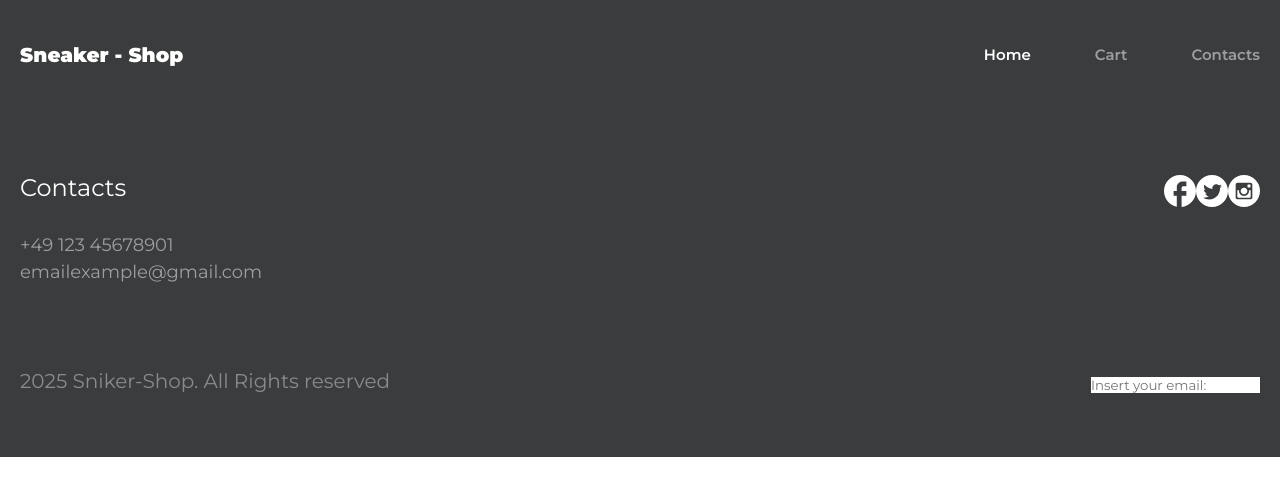
Repository: IstratiiNik/sneaker-shop
Page: /
An editor plug-in stored every save of this project. The page is shown before and after a run of saves, followed by the edit.
The browser window is 1280 px wide. The pictures show the whole page.
The project was rebuilt for these pictures with package versions that can differ from the ones it lists, and the page was loaded fresh each time. Also part of the build but not shown: vite.config.js.

Above is the page before, as saved 2025-07-01 14:26:19.

### index.html
<!DOCTYPE html>
<html lang="en">
  <head>
    <meta charset="UTF-8" />
    <link rel="icon" type="image/svg+xml" href="/vite.svg" />
    <link rel="preconnect" href="https://fonts.googleapis.com" />
    <link rel="preconnect" href="https://fonts.gstatic.com" crossorigin />
    <link
      href="https://fonts.googleapis.com/css2?family=Montserrat:ital,wght@0,100..900;1,100..900&family=Red+Hat+Display:ital,wght@0,300..900;1,300..900&display=swap"
      rel="stylesheet"
    />
    <meta name="viewport" content="width=device-width, initial-scale=1.0" />
    <title>Sneaker Shop</title>
  </head>
  <body>
    <div id="root"></div>
    <script type="module" src="/src/main.jsx"></script>
  </body>
</html>

### src/App.jsx
import Header from "./components/Header/Header";
import Footer from "./components/Footer/Footer";
import "./App.css";

function App() {
  return (
    <div className="wrapper">
      <Header />
      <Footer />
    </div>
  );
}

export default App;

### src/components/Header/Header.jsx
import React from "react";
import { NavLink } from "react-router-dom";
import styles from "./Header.module.scss";

const Header = () => {
  return (
    <header className={styles.header}>
      <div className={styles.container}>
        <h1>Sneaker - Shop</h1>
        <nav className={styles.nav}>
          <NavLink
            to="/"
            style={({ isActive }) => ({
              color: isActive ? "#FFFFFF" : "#FFFFFF80",
            })}
          >
            Home
          </NavLink>
          <NavLink
            to="/cart"
            style={({ isActive }) => ({
              color: isActive ? "#FFFFFF" : "#FFFFFF80",
            })}
          >
            Cart
          </NavLink>
          <NavLink
            to="/contacts"
            style={({ isActive }) => ({
              color: isActive ? "#FFFFFF" : "#FFFFFF80",
            })}
          >
            Contacts
          </NavLink>
        </nav>
      </div>
    </header>
  );
};

export default Header;

### src/components/Footer/Footer.jsx
import React from "react";
import styles from "./Footer.module.scss";
import facebookLogo from "../../assets/Facebook_logo.svg";
import twitterLogo from "../../assets/Twitter_logo.svg";
import instagramLogo from "../../assets/Instagram_logo.svg";

const Footer = () => {
  return (
    <footer className={styles.footer}>
      <div className={styles.container}>
        <div className={styles.footerLeft}>
          <h3>Contacts</h3>
          <div>
            <span>+49 123 45678901</span>
            <span>emailexample@gmail.com</span>
          </div>
          <p>2025 Sniker-Shop. All Rights reserved</p>
        </div>
        <div className={styles.footerRight}>
          <div>
            <a href="link.domain">
              <img src={facebookLogo} alt="facebook" />
            </a>
            <a href="link.domain">
              <img src={twitterLogo} alt="twitter" />
            </a>
            <a href="link.domain">
              <img src={instagramLogo} alt="instagram" />
            </a>
          </div>
          <input type="text" placeholder="Insert your email:" />
        </div>
      </div>
    </footer>
  );
};

export default Footer;

### src/App.css
@import "reset.css";

#root {
  font-family: Montserrat;
  margin: 0 auto;
  height: 100%;
}

.wrapper {
  min-height: 100vh;
  display: flex;
  flex-direction: column;
}

### src/components/Header/Header.module.scss
.header {
  background-color: rgb(59, 60, 61);
  height: 110px;
  width: 100%;
}
.container {
  max-width: 1420px;
  margin: 0 auto;
  height: 100%;
  display: flex;
  align-items: center;
  justify-content: space-between;
  padding: 0 20px;

  h1 {
    color: rgb(255, 255, 255);
    font-size: 20px;
    font-weight: 900;
    line-height: 24px;
  }
}

.nav {
  display: flex;
  gap: 64px;

  font-size: 15px;
  font-weight: 600;
  line-height: 18px;

  @media (max-width: 900px) {
    gap: 40px;
  }

  @media (max-width: 600px) {
    gap: 30px;
  }
}

### src/components/Footer/Footer.module.scss
.footer {
  background-color: rgb(59, 60, 61);
  height: 347px;
  width: 100%;
}
.container {
  max-width: 1420px;
  margin: 0 auto;
  height: 100%;
  display: flex;
  align-items: center;
  justify-content: space-between;
  padding: 0 20px;
}

.footerLeft {
  h3 {
    color: rgb(255, 255, 255);
    font-size: 24px;
    line-height: 81%;
    margin-bottom: 40px;
  }

  div {
    display: flex;
    flex-direction: column;
    gap: 13px;

    margin-bottom: 93px;
    color: rgba(255, 255, 255, 0.5);
    font-size: 18px;
    font-weight: 400;
    line-height: 81%;
  }

  p {
    color: rgba(255, 255, 255, 0.5);
    font-size: 20px;
    line-height: 81%;
    opacity: 0.8;
  }
}

.footerRight {
  div {
    img {
      height: 32px;
      width: 32px;
    }
    display: flex;
	 justify-content: end;
    margin-bottom: 170px;
  }
}

### src/reset.css
@charset "UTF-8";
/*Reset style*/
* {
  padding: 0;
  margin: 0;
  border: 0;
}

*,
*:before,
*:after {
  -webkit-box-sizing: border-box;
  box-sizing: border-box;
}

:focus,
:active {
  outline: none;
}

a:focus,
a:active {
  outline: none;
}

nav,
footer,
header,
aside {
  display: block;
}

html,
body {
  height: 100%;
  width: 100%;
  font-size: 100%;
  line-height: 1;
  font-size: 14px;
  -ms-text-size-adjust: 100%;
  -moz-text-size-adjust: 100%;
  -webkit-text-size-adjust: 100%;
}

input,
button,
textarea {
  font-family: inherit;
}

input::-ms-clear {
  display: none;
}

button {
  cursor: pointer;
}

button::-moz-focus-inner {
  padding: 0;
  border: 0;
}

a,
a:visited {
  text-decoration: none;
}

a:hover {
  text-decoration: underline;
}

ul li {
  list-style: none;
}

img {
  vertical-align: top;
}

h1,
h2,
h3,
h4,
h5,
h6 {
  font-size: inherit;
  font-weight: inherit;
}

/*--------------------*/

Loaded but not shown: src/main.jsx (common file)

After the next 2 saves:
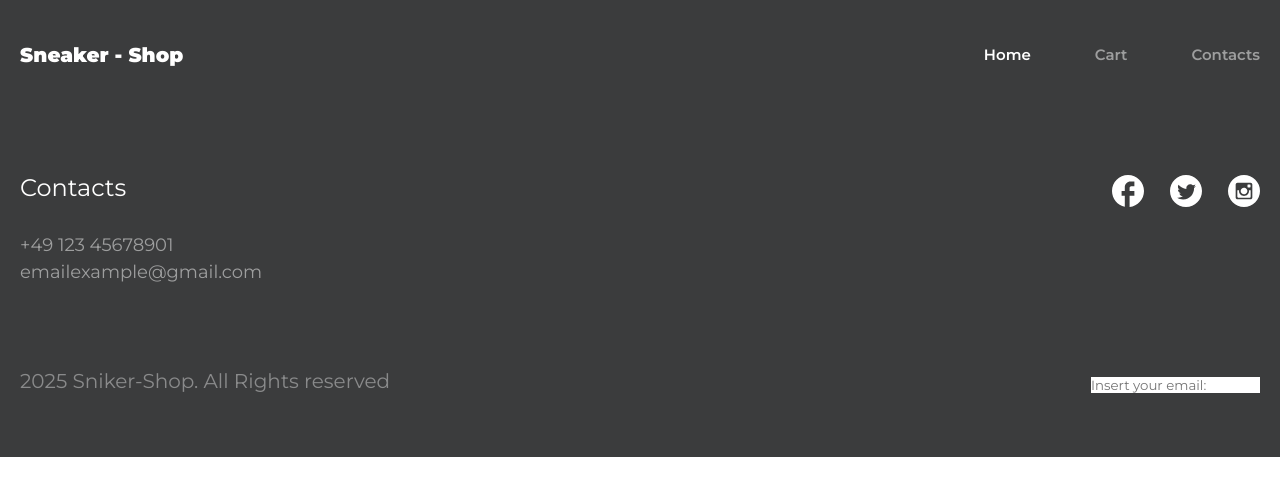
The 2 saves are shown as one change because 1 did not build or start.
The last was saved 16 s later.
--- a/src/components/Footer/Footer.module.scss
+++ b/src/components/Footer/Footer.module.scss
@@ -48,7 +48,8 @@
       width: 32px;
     }
     display: flex;
-	 justify-content: end;
+    justify-content: end;
+    gap: 26px;
     margin-bottom: 170px;
   }
 }
